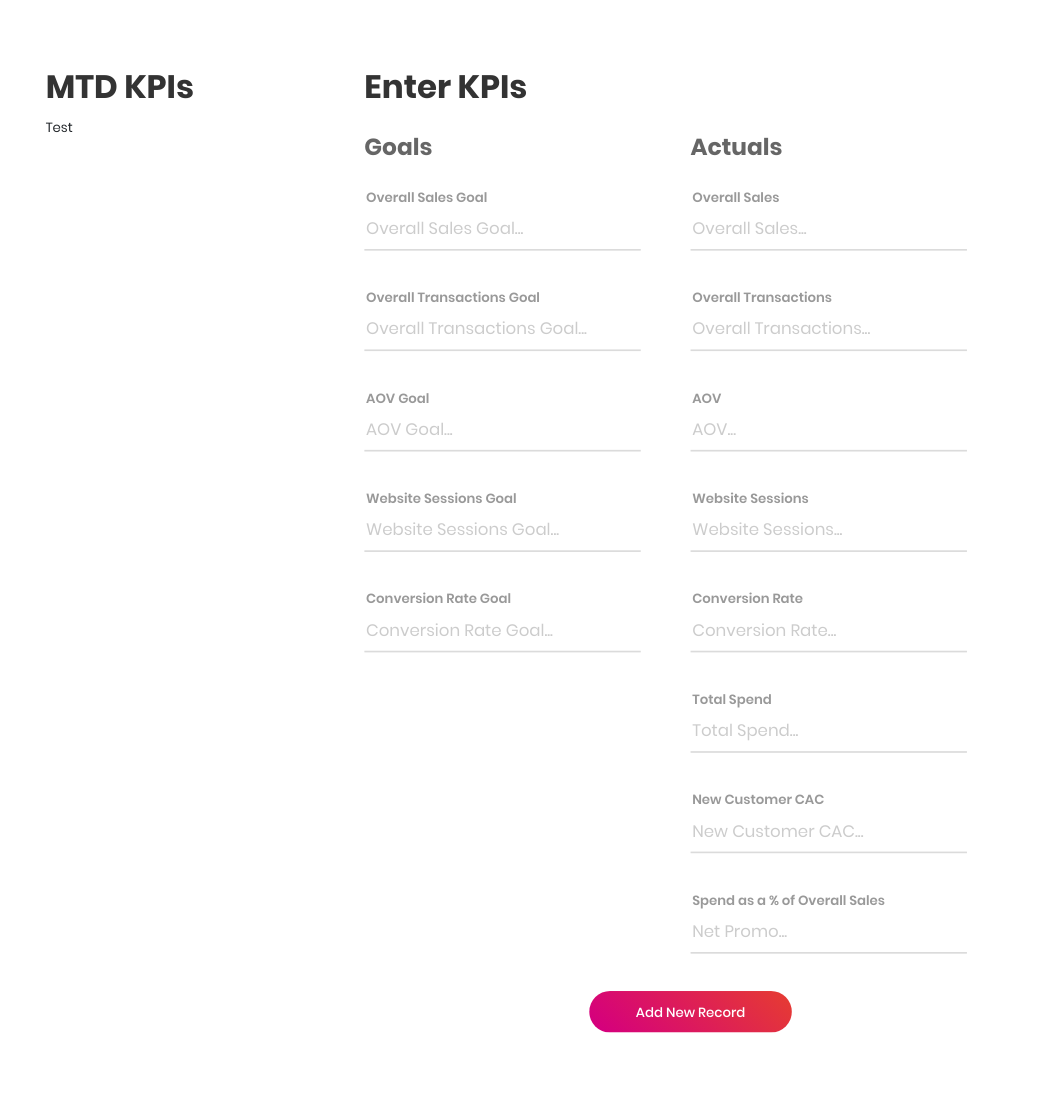
Repository: jameyel/kpi-entry
Page: index.html
These files come from the project's save history. The page is drawn as it stood at one moment and after the next save; the edit follows.
The browser window is 1280 px wide. The pictures show the whole page, at 83% of full size.
The page's requests for data from a server got no answer.

Above is the page before, as saved 2018-12-10 13:48:36.

### index.html
<!DOCTYPE html>
<html lang="en">
  <head>
    <title>EverlyWell KPIs</title>
    <meta charset="UTF-8" />
    <meta name="viewport" content="width=device-width, initial-scale=1" />
    <!--
      ===============================================================================================
    -->
    <link rel="icon" type="image/png" href="images/icons/favicon.ico" />
    <!--
      ===============================================================================================
    -->
    <link
      rel="stylesheet"
      type="text/css"
      href="vendor/bootstrap/css/bootstrap.min.css"
    />
    <!--
      ===============================================================================================
    -->
    <link
      rel="stylesheet"
      type="text/css"
      href="fonts/font-awesome-4.7.0/css/font-awesome.min.css"
    />
    <!--
      ===============================================================================================
    -->
    <link
      rel="stylesheet"
      type="text/css"
      href="fonts/Linearicons-Free-v1.0.0/icon-font.min.css"
    />
    <!--
      ===============================================================================================
    -->
    <link
      rel="stylesheet"
      type="text/css"
      href="fonts/iconic/css/material-design-iconic-font.min.css"
    />
    <!--
      ===============================================================================================
    -->
    <link rel="stylesheet" type="text/css" href="vendor/animate/animate.css" />
    <!--
      ===============================================================================================
    -->
    <link
      rel="stylesheet"
      type="text/css"
      href="vendor/css-hamburgers/hamburgers.min.css"
    />
    <!--
      ===============================================================================================
    -->
    <link
      rel="stylesheet"
      type="text/css"
      href="vendor/animsition/css/animsition.min.css"
    />
    <!--
      ===============================================================================================
    -->
    <link
      rel="stylesheet"
      type="text/css"
      href="vendor/select2/select2.min.css"
    />
    <!--
      ===============================================================================================
    -->
    <link
      rel="stylesheet"
      type="text/css"
      href="vendor/daterangepicker/daterangepicker.css"
    />
    <link rel="stylesheet" type="text/css" href="./css/loading-bar.css" />
    <!--
      ===============================================================================================
    -->
    <link rel="stylesheet" type="text/css" href="css/util.css" />
    <link rel="stylesheet" type="text/css" href="css/main.css" />
    <!--
      ===============================================================================================
    -->
  </head>
  <body>
    <div class="container-kpi100">
      <div class="kpi100-chart">
        <span class="kpi100-form-title"> MTD KPIs </span>
        <div class="kpi-wrapper">
          <span class="bar-label">Test</span>
          <div
            class="label-center ldbar-overall-sales"
            style="width: 50%; height: 50px;"
          ></div>
        </div>
      </div>

      <div class="wrap-kpi100">
        <form
          action="http://localhost:8080/api/v1/kpis"
          method="post"
          class="kpi100-form validate-form"
        >
          <span class="kpi100-form-title"> Enter KPIs </span>

          <div class="kpi100-form-sections">
            <div class="kpi100-form-section">
              <span class="kpi100-form-subtitle"> Goals </span>
              <div
                class="wrap-input100 validate-input"
                data-validate="Overall Sales Goal is required: 123456"
              >
                <span class="label-input100">Overall Sales Goal</span>
                <input
                  class="input100 overall-sales-goal"
                  type="text"
                  name="overall_sales_goal"
                  placeholder="Overall Sales Goal..."
                />
                <span class="focus-input100"></span>
              </div>

              <div
                class="wrap-input100 validate-input"
                data-validate="Overall Transactions Goal is required: 123456"
              >
                <span class="label-input100">Overall Transactions Goal</span>
                <input
                  class="input100"
                  type="text"
                  name="overall_transactions_goal"
                  placeholder="Overall Transactions Goal..."
                />
                <span class="focus-input100"></span>
              </div>

              <div
                class="wrap-input100 validate-input"
                data-validate="AOV Goal is required: 1234.56"
              >
                <span class="label-input100">AOV Goal</span>
                <input
                  class="input100"
                  type="text"
                  name="aov_goal"
                  placeholder="AOV Goal..."
                />
                <span class="focus-input100"></span>
              </div>

              <div
                class="wrap-input100 validate-input"
                data-validate="Website Sessions Goal is required: 123456"
              >
                <span class="label-input100">Website Sessions Goal</span>
                <input
                  class="input100"
                  type="text"
                  name="web_sessions_goal"
                  placeholder="Website Sessions Goal..."
                />
                <span class="focus-input100"></span>
              </div>

              <div
                class="wrap-input100 validate-input"
                data-validate="Conversion Rate Goal is required: 1.23"
              >
                <span class="label-input100">Conversion Rate Goal</span>
                <input
                  class="input100"
                  type="text"
                  name="conv_rate_goal"
                  placeholder="Conversion Rate Goal..."
                />
                <span class="focus-input100"></span>
              </div>
            </div>

            <div class="kpi100-form-section">
              <span class="kpi100-form-subtitle"> Actuals </span>
              <div
                class="wrap-input100 validate-input"
                data-validate="Overall Sales are required: 123456"
              >
                <span class="label-input100">Overall Sales</span>
                <input
                  class="input100 overall-sales"
                  type="text"
                  name="overall_sales"
                  placeholder="Overall Sales..."
                />
                <span class="focus-input100"></span>
              </div>

              <div
                class="wrap-input100 validate-input"
                data-validate="Overall Transactions is required: 123456"
              >
                <span class="label-input100">Overall Transactions</span>
                <input
                  class="input100"
                  type="text"
                  name="overall_transactions"
                  placeholder="Overall Transactions..."
                />
                <span class="focus-input100"></span>
              </div>

              <div
                class="wrap-input100 validate-input"
                data-validate="AOV is required: 1234.56"
              >
                <span class="label-input100">AOV</span>
                <input
                  class="input100"
                  type="text"
                  name="aov"
                  placeholder="AOV..."
                />
                <span class="focus-input100"></span>
              </div>

              <div
                class="wrap-input100 validate-input"
                data-validate="Website Sessions is required: 123456"
              >
                <span class="label-input100">Website Sessions</span>
                <input
                  class="input100"
                  type="text"
                  name="web_sessions"
                  placeholder="Website Sessions..."
                />
                <span class="focus-input100"></span>
              </div>

              <div
                class="wrap-input100 validate-input"
                data-validate="Conversion Rate is required: 1.23"
              >
                <span class="label-input100">Conversion Rate</span>
                <input
                  class="input100"
                  type="text"
                  name="conv_rate"
                  placeholder="Conversion Rate..."
                />
                <span class="focus-input100"></span>
              </div>

              <div
                class="wrap-input100 validate-input"
                data-validate="Total Spend is required: 123456"
              >
                <span class="label-input100">Total Spend</span>
                <input
                  class="input100"
                  type="text"
                  name="total_spend"
                  placeholder="Total Spend..."
                />
                <span class="focus-input100"></span>
              </div>

              <div
                class="wrap-input100 validate-input"
                data-validate="New Customer CAC is required: 12.34"
              >
                <span class="label-input100">New Customer CAC</span>
                <input
                  class="input100"
                  type="text"
                  name="new_cust_cac"
                  placeholder="New Customer CAC..."
                />
                <span class="focus-input100"></span>
              </div>

              <div
                class="wrap-input100 validate-input"
                data-validate="Net promo is required: 12.34"
              >
                <span class="label-input100"
                  >Spend as a % of Overall Sales</span
                >
                <input
                  class="input100"
                  type="text"
                  name="spend_vs_sales"
                  placeholder="Net Promo..."
                />
                <span class="focus-input100"></span>
              </div>
            </div>
          </div>

          <div class="container-kpi100-form-btn">
            <div class="wrap-kpi100-form-btn">
              <div class="kpi100-form-bgbtn"></div>
              <button type="submit" class="kpi100-form-btn">
                Add New Record
              </button>
            </div>
          </div>
        </form>
      </div>
    </div>

    <div id="dropDownSelect1"></div>

    <!--
      ===============================================================================================
    -->
    <script src="vendor/jquery/jquery-3.2.1.min.js"></script>
    <!--
      ===============================================================================================
    -->
    <script src="vendor/animsition/js/animsition.min.js"></script>
    <!--
      ===============================================================================================
    -->
    <script src="vendor/bootstrap/js/popper.js"></script>
    <script src="vendor/bootstrap/js/bootstrap.min.js"></script>
    <!--
      ===============================================================================================
    -->
    <script src="vendor/select2/select2.min.js"></script>
    <!--
      ===============================================================================================
    -->
    <script src="vendor/daterangepicker/moment.min.js"></script>
    <script src="vendor/daterangepicker/daterangepicker.js"></script>
    <!--
      ===============================================================================================
    -->
    <script src="vendor/countdowntime/countdowntime.js"></script>
    <!--
      ===============================================================================================
    -->
    <script src="js/chart-custom.js"></script>
    <!--
      ===============================================================================================
    -->
    <script type="text/javascript" src="./js/loading-bar.js"></script>
    <script src="js/main.js"></script>
  </body>
</html>

### css/loading-bar.css
.ldBar {
  position: relative;
  flex-grow: 1;
}
.ldBar.label-center > .ldBar-label {
  position: absolute;
  top: 50%;
  left: 50%;
  -webkit-transform: translate(-50%, -50%);
  transform: translate(-50%, -50%);
  text-shadow: 0 0 3px #fff;
}
.ldBar-label:after {
  content: '%';
  display: inline;
}
.ldBar.no-percent .ldBar-label:after {
  content: '';
}

### js/chart-custom.js
$(document).ready(() => {
  $.get('http://localhost:8080/api/v1/kpis', (response, status) => {
    if (response.data) {
      response.data.sort((a, b) => {
        return new Date(b.create_date) - new Date(a.create_date);
      });
      createCharts(response.data[0]);
    }
  });
});

function createCharts(data) {
  // Overall Sales
  var bar = new ldBar('.ldbar-overall-sales', {
    preset: 'energy'
  });
  bar.set(getPercentage(data.overall_sales_goal, data.overall_sales));

  // Overall Transactions
  const otVal = data.overall_transactions;
  const otgVal = data.overall_transactions_goal;
  if (otVal && osgVal) {
    const percentage = Math.floor((osVal / osgVal) * 100);
    var bar = new ldBar('.ldbar-overall-sales', {
      preset: 'energy'
    });
    bar.set(percentage);
  }
}

function getPercentage(goal, actual) {
  if (goal && actual) {
    return Math.floor((actual / goal) * 100);
  }
}

Loaded but not shown: vendor/bootstrap/css/bootstrap.min.css (library); fonts/font-awesome-4.7.0/css/font-awesome.min.css (library); fonts/Linearicons-Free-v1.0.0/icon-font.min.css (library); fonts/iconic/css/material-design-iconic-font.min.css (library); vendor/animate/animate.css (library); vendor/css-hamburgers/hamburgers.min.css (library); vendor/animsition/css/animsition.min.css (library); vendor/select2/select2.min.css (library); vendor/daterangepicker/daterangepicker.css (library); vendor/jquery/jquery-3.2.1.min.js (library); vendor/animsition/js/animsition.min.js (library); vendor/bootstrap/js/popper.js (library); vendor/bootstrap/js/bootstrap.min.js (library); vendor/select2/select2.min.js (library); vendor/daterangepicker/moment.min.js (library); vendor/daterangepicker/daterangepicker.js (library); vendor/countdowntime/countdowntime.js (common file); js/loading-bar.js (803 lines, source omitted); js/main.js (94 lines, source omitted); css/util.css (2984 lines, source omitted); css/main.css (570 lines, source omitted)

After the next save:
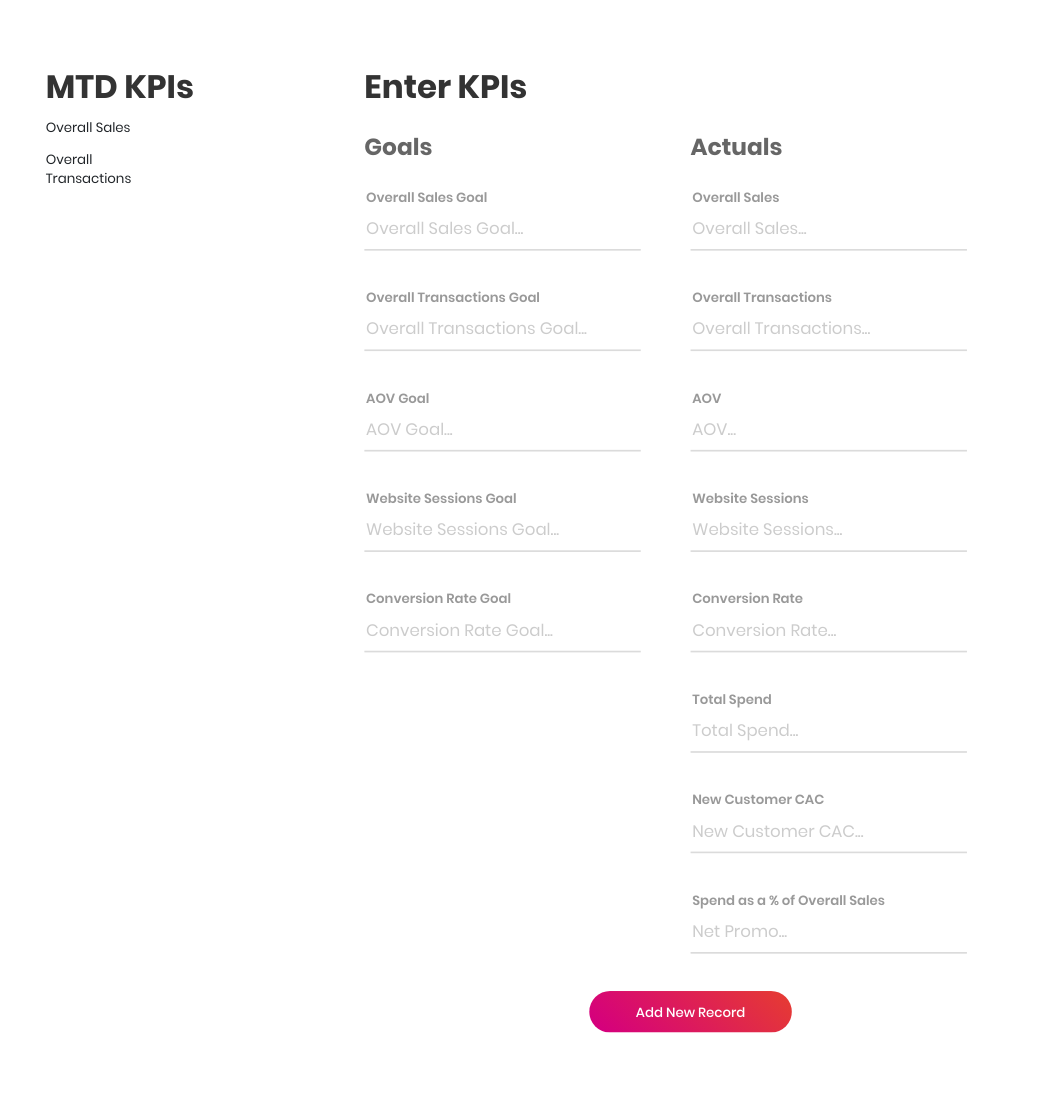
Saved 72 s later.
--- a/index.html
+++ b/index.html
@@ -91,9 +91,17 @@
       <div class="kpi100-chart">
         <span class="kpi100-form-title"> MTD KPIs </span>
         <div class="kpi-wrapper">
-          <span class="bar-label">Test</span>
+          <span class="bar-label">Overall Sales</span>
           <div
             class="label-center ldbar-overall-sales"
+            style="width: 50%; height: 50px;"
+          ></div>
+        </div>
+
+        <div class="kpi-wrapper">
+          <span class="bar-label">Overall Transactions</span>
+          <div
+            class="label-center ldbar-overall-transactions"
             style="width: 50%; height: 50px;"
           ></div>
         </div>
--- a/js/chart-custom.js
+++ b/js/chart-custom.js
@@ -11,21 +11,18 @@ $(document).ready(() => {
 
 function createCharts(data) {
   // Overall Sales
-  var bar = new ldBar('.ldbar-overall-sales', {
+  var osBar = new ldBar('.ldbar-overall-sales', {
     preset: 'energy'
   });
-  bar.set(getPercentage(data.overall_sales_goal, data.overall_sales));
+  osBar.set(getPercentage(data.overall_sales_goal, data.overall_sales));
 
   // Overall Transactions
-  const otVal = data.overall_transactions;
-  const otgVal = data.overall_transactions_goal;
-  if (otVal && osgVal) {
-    const percentage = Math.floor((osVal / osgVal) * 100);
-    var bar = new ldBar('.ldbar-overall-sales', {
-      preset: 'energy'
-    });
-    bar.set(percentage);
-  }
+  var otBar = new ldBar('.ldbar-overall-transactions', {
+    preset: 'energy'
+  });
+  otBar.set(
+    getPercentage(data.overall_transactions_goal, data.overall_transactions)
+  );
 }
 
 function getPercentage(goal, actual) {
